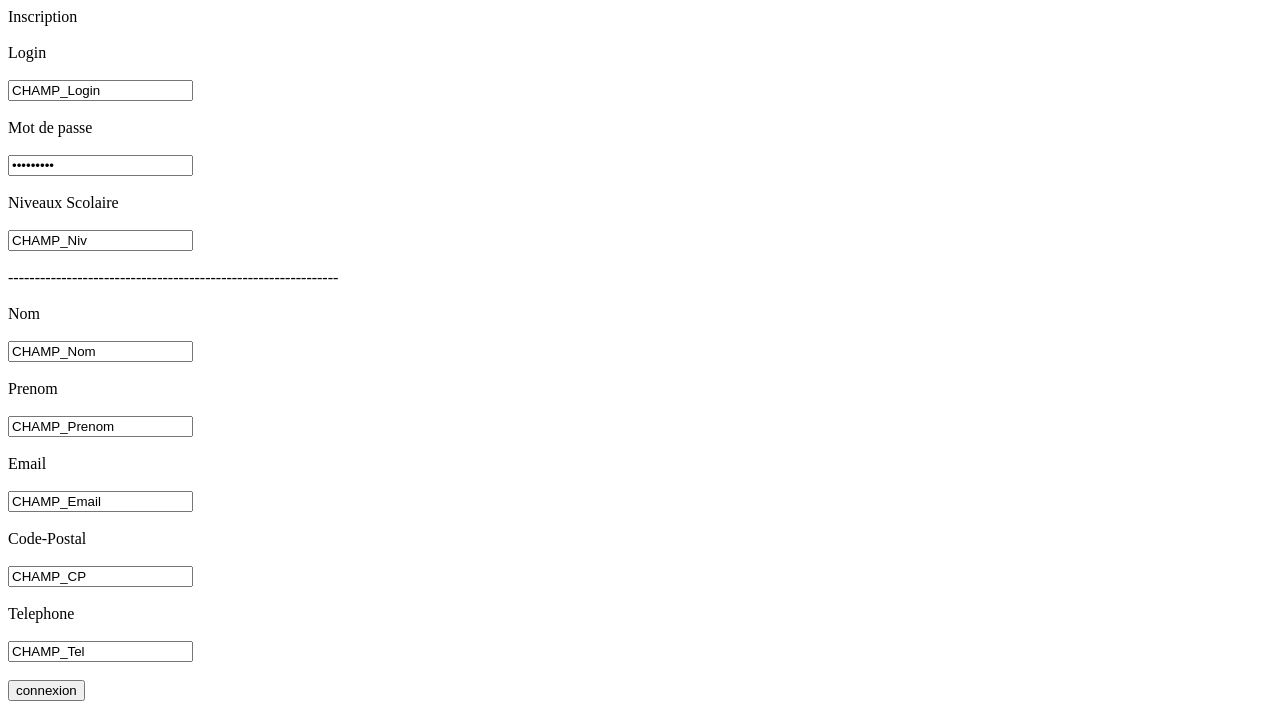
Repository: AntoAnt/WikiScolaire-
Page: http://localhost/InterfaceWikiScolair/Inscription.jsp
An editor plug-in stored every save of this project. The page is shown before and after the next save, followed by the edit.
The browser window is 1280 px wide. The pictures show the whole page.
The page is served by Tomcat 9.

Above is the page before, as saved 2017-04-18 15:08:10.

After the next save:
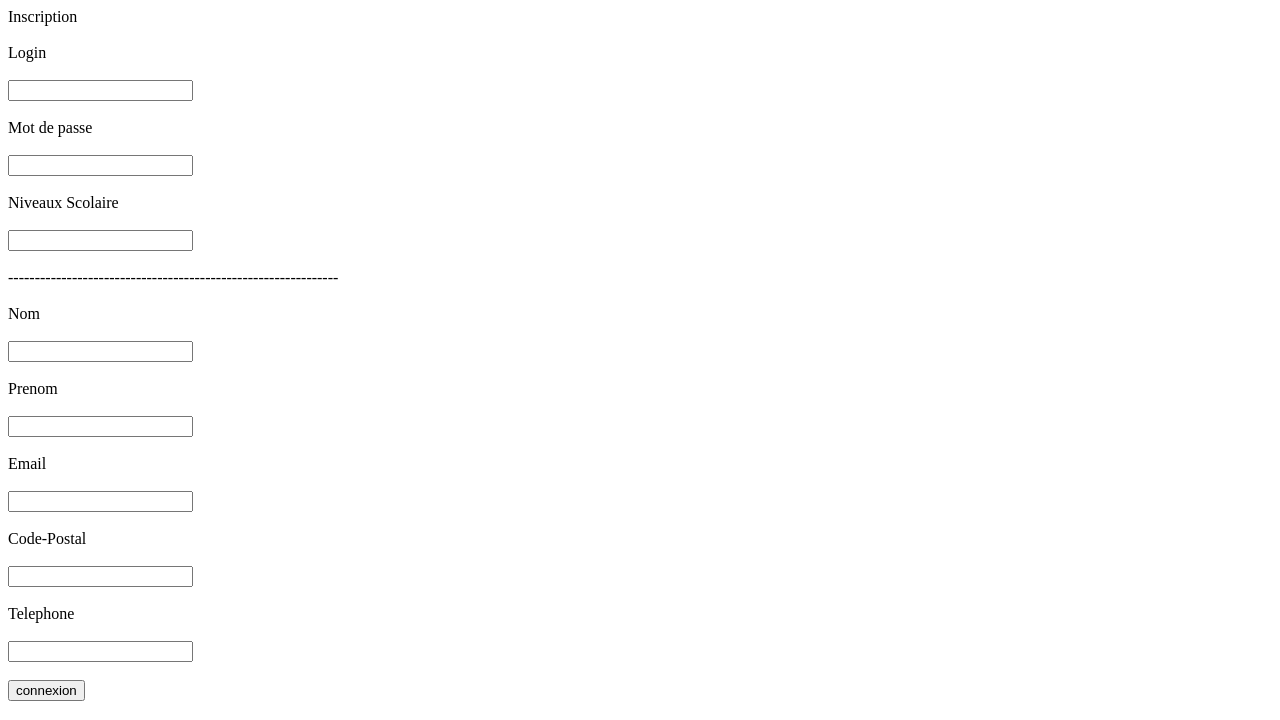
Saved 49 s later.
--- a/InterfaceWikiScolair/WebContent/Inscription.jsp
+++ b/InterfaceWikiScolair/WebContent/Inscription.jsp
@@ -10,22 +10,22 @@
 <form method="post" action="/InterfaceWikiScolair/ControleurPrincipal?idaction=authentification">
 Inscription<br></br>
 Login<br></br>
-<input type="text" value="CHAMP_Login" ><br></br>
+<input type="text" name="CHAMP_Login" ><br></br>
 Mot de passe <br></br>
-<input type="password" value="CHAMP_Mdp" ><br></br>
+<input type="password" name="CHAMP_Mdp" ><br></br>
 Niveaux Scolaire<br></br>
-<input type="text" value="CHAMP_Niv" ><br></br>
+<input type="text" name="CHAMP_Niv" ><br></br>
 --------------------------------------------------------------<br></br>
 Nom<br></br>
-<input type="text" value="CHAMP_Nom" ><br></br>
+<input type="text" name="CHAMP_Nom" ><br></br>
 Prenom<br></br>
-<input type="text" value="CHAMP_Prenom" ><br></br>
+<input type="text" name="CHAMP_Prenom" ><br></br>
 Email<br></br>
-<input type="text" value="CHAMP_Email" ><br></br>
+<input type="text" name="CHAMP_Email" ><br></br>
 Code-Postal<br></br>
-<input type="text" value="CHAMP_CP" ><br></br>
+<input type="text" name="CHAMP_CP" ><br></br>
 Telephone<br></br>
-<input type="text" value="CHAMP_Tel" ><br></br>
+<input type="text" name="CHAMP_Tel" ><br></br>
 <input type="submit" name="bouton" value="connexion" />
 
 
